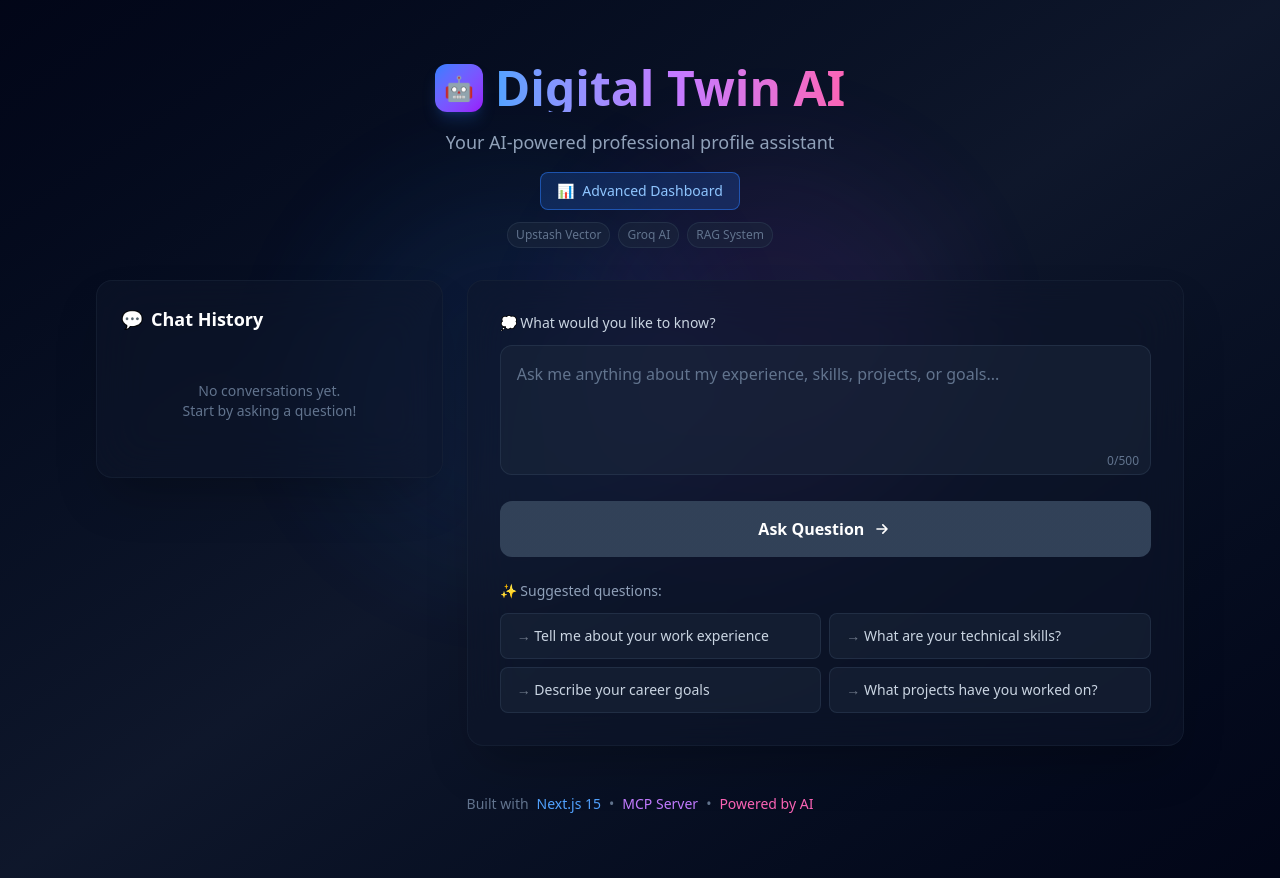
Repository: DiwanMalla/digital-twin-workshop
Page: /
These files come from the project's save history. The page is drawn as it stood at one moment and after a run of saves; the edit follows.
The browser window is 1280 px wide. The pictures show the whole page.
The page's requests for data from a server got no answer. The project was rebuilt for these pictures with package versions that can differ from the ones it lists, and the page was loaded fresh each time. The framework's server and built-in components were replaced by stand-ins that run in the browser. No one was signed in, and anything a server would have sent is missing. Also part of the build but not shown: next.config.ts.

Above is the page before, as saved 2025-10-25 20:50:07.

After the next 4 saves:
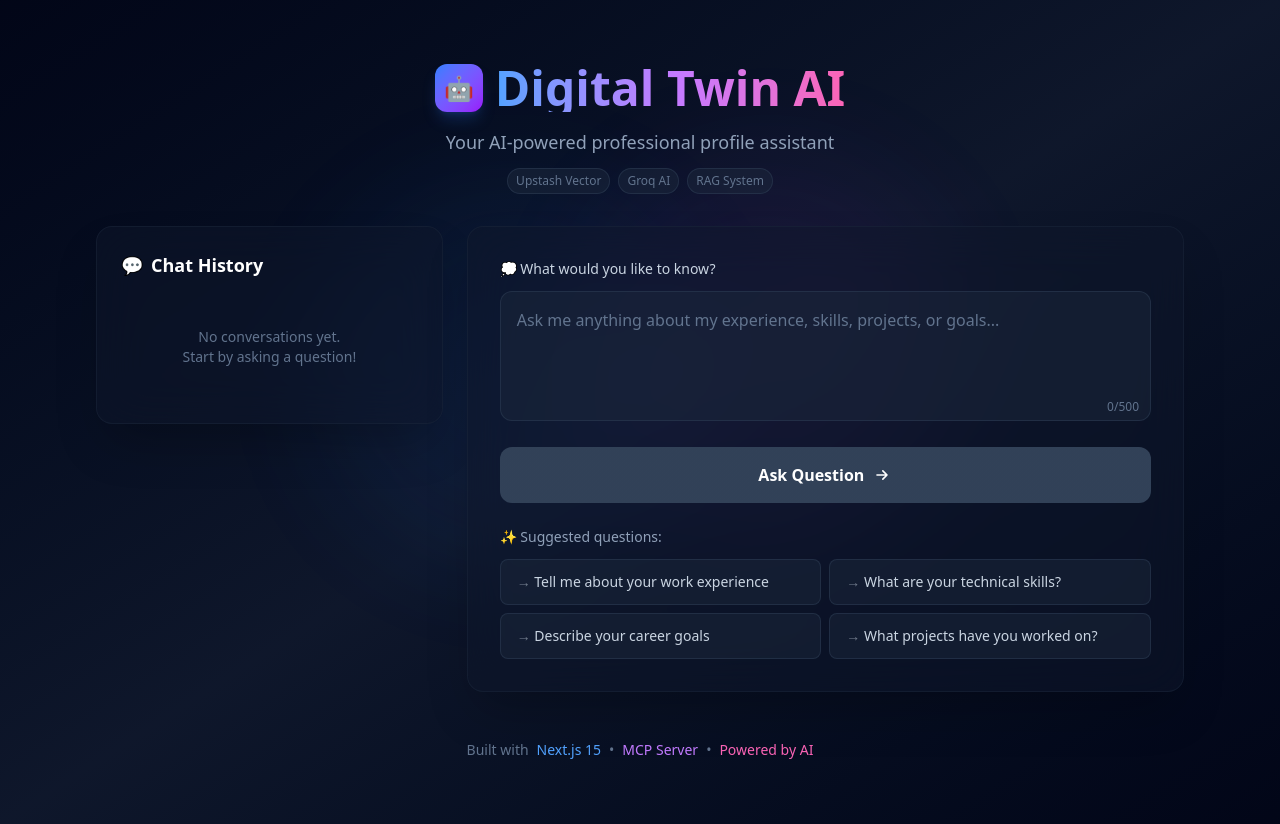
The 4 saves are shown as one change because they came seconds apart.
The last was saved 7 min 29 s later.
--- a/app/page.tsx
+++ b/app/page.tsx
@@ -16,6 +16,7 @@ export default function Home() {
     message: string;
     vectorCount?: number;
   } | null>(null);
+  const [isReloading, setIsReloading] = useState(false);
   const [chatHistory, setChatHistory] = useState<Array<{
     question: string;
     answer: string;
@@ -34,6 +35,21 @@ export default function Home() {
       setDbStatus(data);
     } catch (err) {
       console.error("Error loading database:", err);
+    }
+  };
+
+  const reloadDatabase = async () => {
+    setIsReloading(true);
+    try {
+      const res = await fetch("/api/mcp/reload", {
+        method: "DELETE",
+      });
+      const data = await res.json();
+      setDbStatus(data);
+    } catch (err) {
+      console.error("Error reloading database:", err);
+    } finally {
+      setIsReloading(false);
     }
   };
 
@@ -103,14 +119,6 @@ export default function Home() {
           <p className="text-slate-400 text-lg">
             Your AI-powered professional profile assistant
           </p>
-          <div className="flex items-center justify-center gap-3 mt-4">
-            <a
-              href="/dashboard"
-              className="inline-flex items-center gap-2 px-4 py-2 bg-blue-500/20 hover:bg-blue-500/30 border border-blue-500/50 rounded-lg text-blue-300 hover:text-blue-200 transition-all text-sm font-medium"
-            >
-              <span>📊</span> Advanced Dashboard
-            </a>
-          </div>
           <div className="flex items-center justify-center gap-2 mt-3 text-xs text-slate-500">
             <span className="px-2 py-1 bg-slate-800/50 rounded-full border border-slate-700/50">Upstash Vector</span>
             <span className="px-2 py-1 bg-slate-800/50 rounded-full border border-slate-700/50">Groq AI</span>
@@ -143,6 +151,21 @@ export default function Home() {
                   </p>
                 )}
               </div>
+              <button
+                onClick={reloadDatabase}
+                disabled={isReloading}
+                className="px-4 py-2 bg-slate-800/50 hover:bg-slate-700/50 border border-slate-700/50 rounded-lg text-sm text-slate-300 hover:text-white transition-all disabled:opacity-50 disabled:cursor-not-allowed flex items-center gap-2"
+              >
+                <svg
+                  className={`w-4 h-4 ${isReloading ? 'animate-spin' : ''}`}
+                  fill="none"
+                  stroke="currentColor"
+                  viewBox="0 0 24 24"
+                >
+                  <path strokeLinecap="round" strokeLinejoin="round" strokeWidth={2} d="M4 4v5h.582m15.356 2A8.001 8.001 0 004.582 9m0 0H9m11 11v-5h-.581m0 0a8.003 8.003 0 01-15.357-2m15.357 2H15" />
+                </svg>
+                {isReloading ? 'Reloading...' : 'Reload DB'}
+              </button>
             </div>
           </div>
         )}
